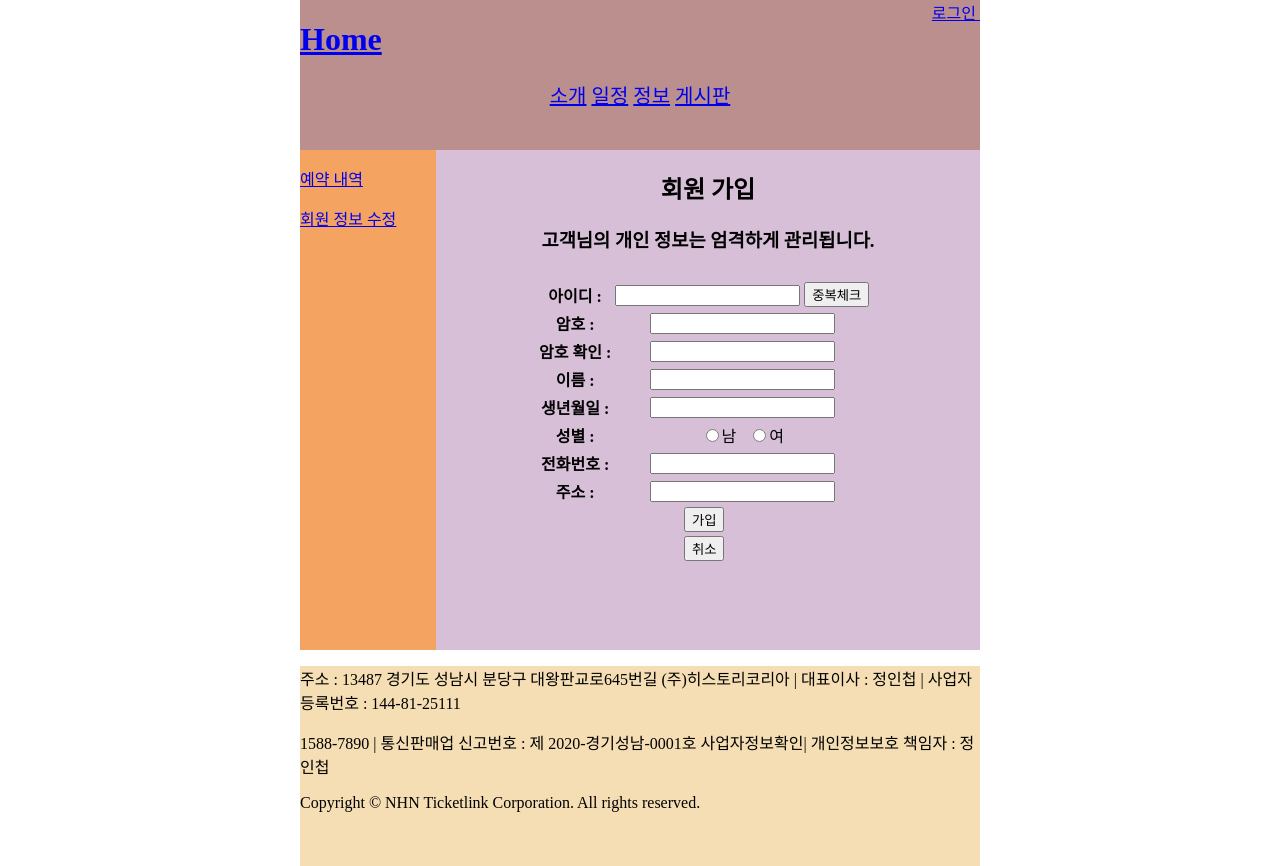
Repository: dlscjq34/JSP_historyTour
Page: http://localhost/HistoryTour/WEB-INF/views/member/joinMember.jsp
These files come from the project's save history. The page is drawn as it stood at one moment and after the next save; the edit follows.
The browser window is 1280 px wide. The pictures show the whole page.
The page is served by Tomcat 9. Nobody is signed in. The template is opened directly, without the code that normally fills it, so the values that code supplies are empty.

Above is the page before, as saved 2020-12-21 03:53:51.

After the next save:
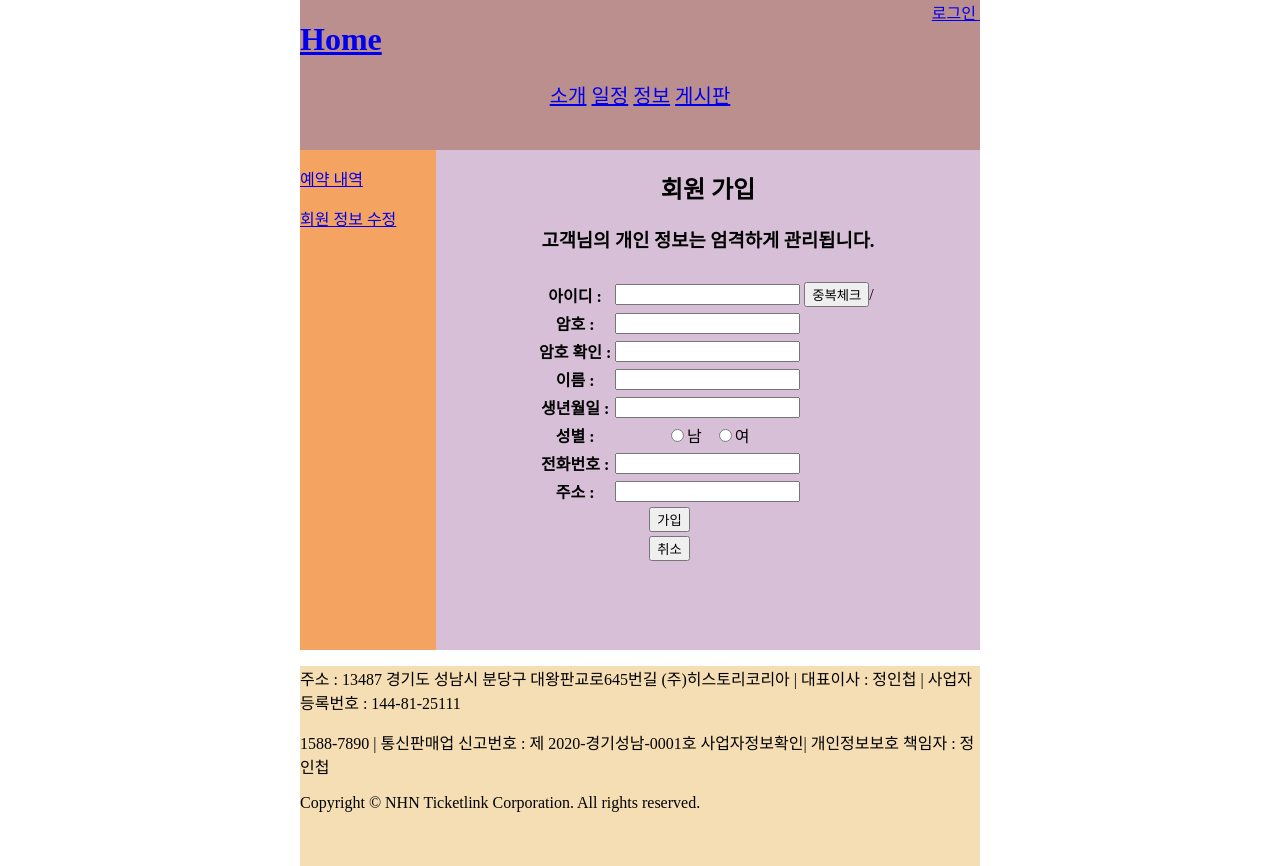
Saved 36 min 22 s later.
--- a/HistoryTour/WebContent/WEB-INF/views/member/joinMember.jsp
+++ b/HistoryTour/WebContent/WEB-INF/views/member/joinMember.jsp
@@ -27,8 +27,8 @@
                     <table>
 	               		<tr>
 	               			<th>아이디 :
-	               			<td><input type="text" name="id" id="id" />
-	               				<input type="button" onclick="dupCheck()" value="중복체크">
+	               			<td><input type="text" name="id" id="id" /></td>
+	               			<td><input type="button" onclick="dupCheck()" value="중복체크">/<td>
 	               		</tr>
 	               		<tr>
 	               			<th>암호 :
